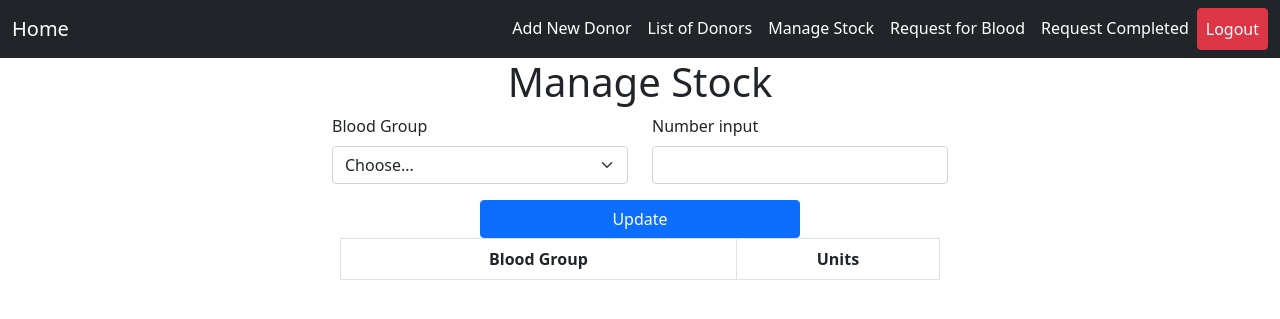
Repository: kshitizJ/Blood-Bank-Management-System-in-jsp
Page: http://localhost/Blood_Bank_Management_System/manageStock.jsp
The author's editor kept a copy of each file at every save. The page is drawn from the files as they stood at one save, then again after the next save.
The browser window is 1280 px wide. The pictures show the whole page.
The page is served by Tomcat 9. Queries for data that is not in the repository find no rows.

Above is the page before, as saved 2021-04-28 13:29:29.

After the next save:
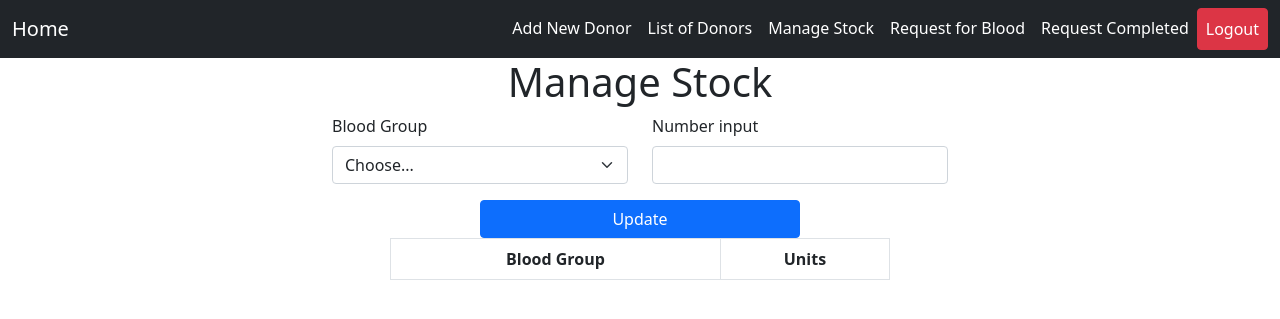
Saved 13 s later.
--- a/Blood Bank Management System/WebContent/manageStock.jsp
+++ b/Blood Bank Management System/WebContent/manageStock.jsp
@@ -7,7 +7,7 @@
 <head>
 	<style>
 		.size{
-			width: 600px;
+			width: 500px;
 		}
 	</style>
 </head>
